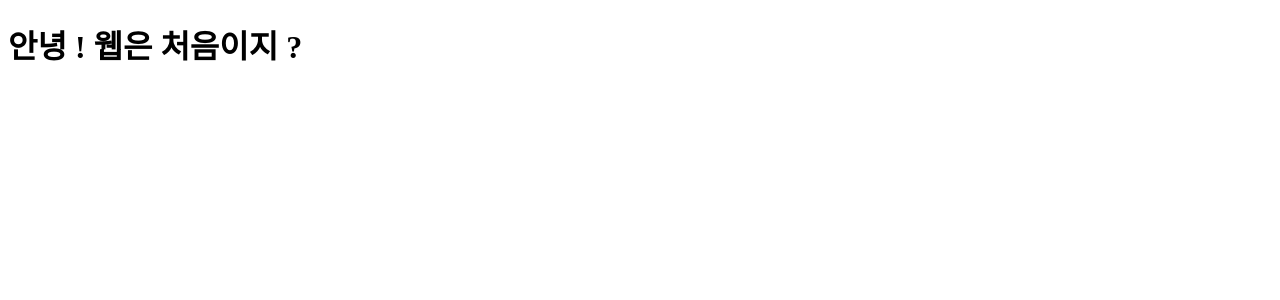
Repository: hyerangbi/Servlet
Page: 6_servlet/1_Servlet/src/main/webapp/index.html
These files come from the project's save history. The page is drawn as it stood at one moment and after the next save; the edit follows.
The browser window is 1280 px wide. The pictures show the whole page.

Above is the page before, as saved 2024-09-06 03:27:36.

After the next save:
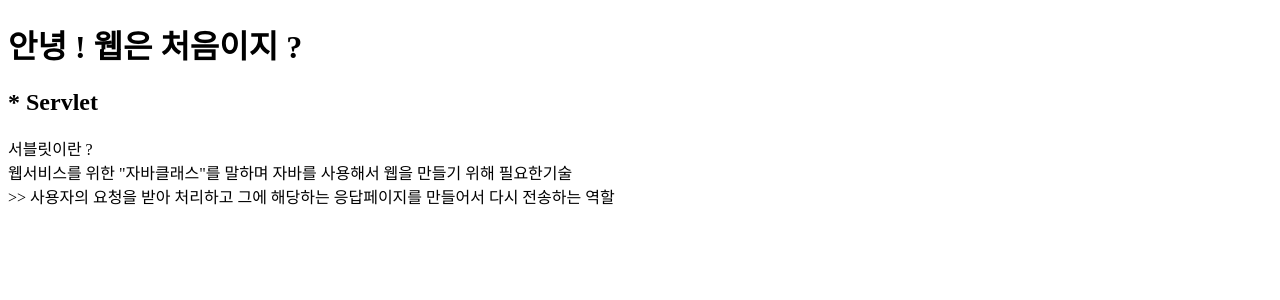
Saved 3 min 37 s later.
--- a/6_servlet/1_Servlet/src/main/webapp/index.html
+++ b/6_servlet/1_Servlet/src/main/webapp/index.html
@@ -6,5 +6,12 @@
 </head>
 <body>
 	<h1> 안녕 ! 웹은 처음이지 ? </h1>
+
+	<h2> * Servlet </h2>
+	<p>
+		서블릿이란 ? <br>
+		웹서비스를 위한 "자바클래스"를 말하며 자바를 사용해서 웹을 만들기 위해 필요한기술 <br>
+		>> 사용자의 요청을 받아 처리하고 그에 해당하는 응답페이지를 만들어서 다시 전송하는 역할
+	</p>
 </body>
 </html>
